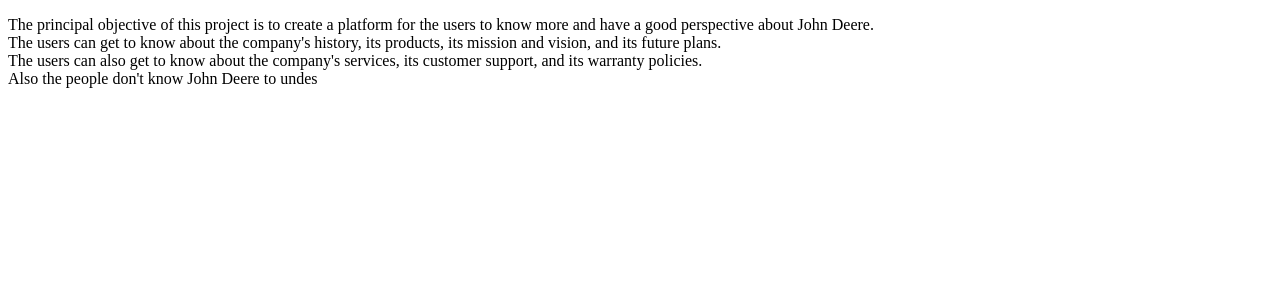
Repository: EduardoJunqueira2004/WEBJohnDeere
Page: aboutus.html
An editor plug-in stored every save of this project. The page is shown before and after a run of saves, followed by the edit.
The browser window is 1280 px wide. The pictures show the whole page.

Above is the page before, as saved 2024-12-05 11:30:47.

After the next 2 saves:
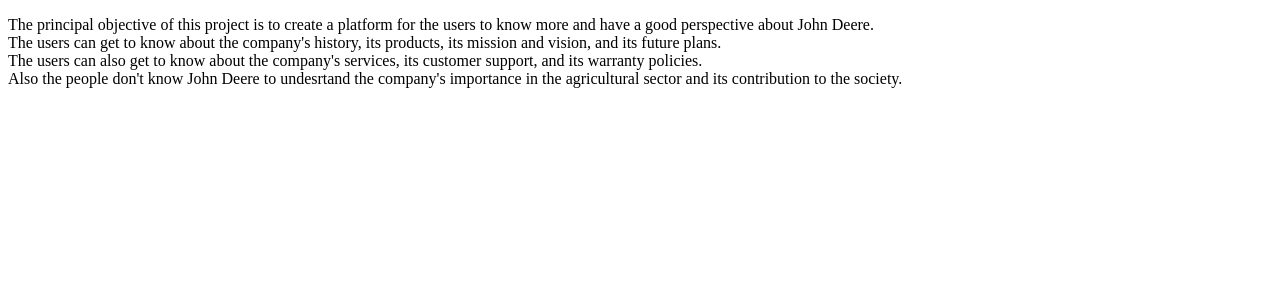
The 2 saves are shown as one change because they came seconds apart.
The last was saved 6 s later.
--- a/aboutus.html
+++ b/aboutus.html
@@ -10,7 +10,8 @@
         The principal objective of this project is to create a platform for the users to know more and have a good perspective about John Deere.<br>
         The users can get to know about the company's history, its products, its mission and vision, and its future plans.<br>
         The users can also get to know about the company's services, its customer support, and its warranty policies.<br>
-        Also the people don't know John Deere to undes
+        Also the people don't know John Deere to undesrtand the company's importance in the agricultural sector and its contribution to the society.<br>
+
     </p>
 </body>
 </html>
